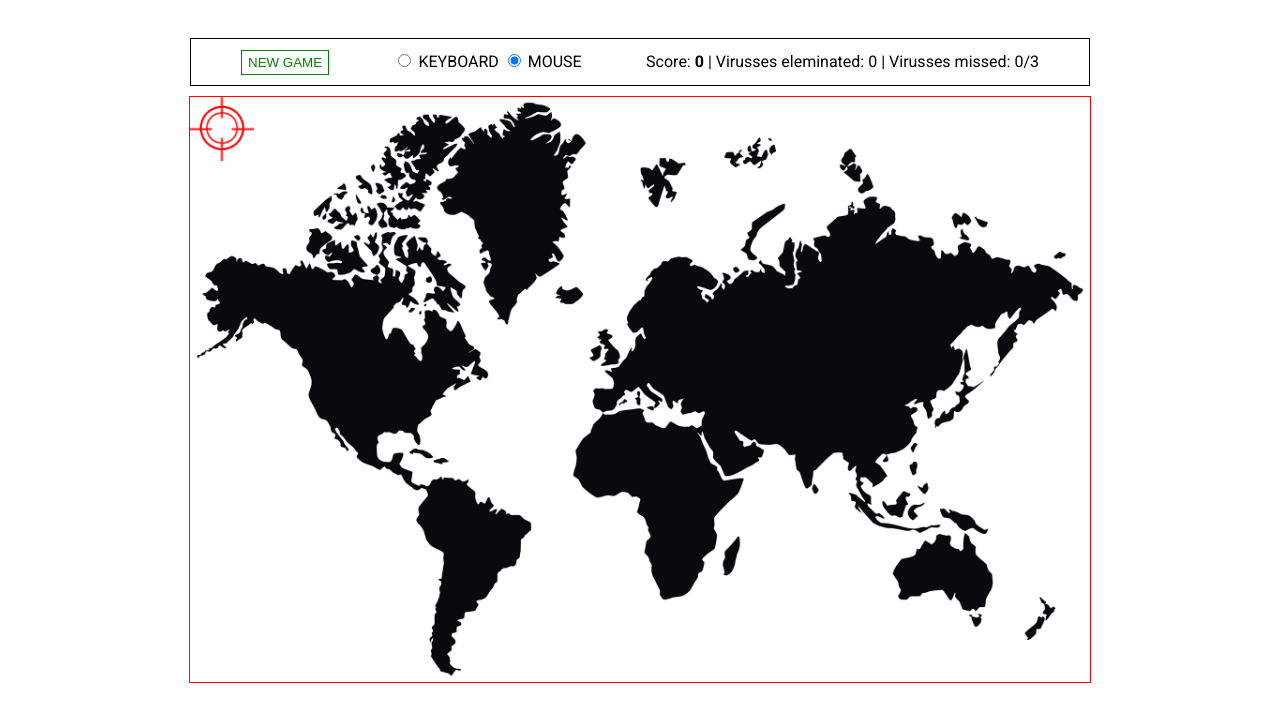
Repository: Baterka/DestroyTheVirus
Page: index.html
These files come from the project's save history. The page is drawn as it stood at one moment and after the next save; the edit follows.
The browser window is 1280 px wide. The pictures show the whole page.

Above is the page before, as saved 2020-03-20 12:46:38.
Console error: TypeError: Cannot read properties of null (reading 'addEventListener')

### index.html
<!DOCTYPE html>
<html lang="en">

<head>
    <meta charset="utf-8">
    <meta http-equiv="X-UA-Compatible" content="IE=edge">
    <title></title>
    <meta name="description" content="">
    <meta name="viewport" content="width=device-width, initial-scale=1">
    <link rel="stylesheet" href="style.css">
</head>

<body onload="game.init()">
    <div class="flex-container">
        <div class="flex-row" id="toolbar">
            <div class="col">
                <button id="button_newGame">NEW GAME</button>
            </div>
            <div class="col">
                <input type="radio" id="radio_keyboard" name="input" value="keyboard" onclick="player.changeInput(this);" />
                <label for="radio_keyboard">KEYBOARD</label>
                <input type="radio" id="radio_mouse" name="input" value="mouse" checked onclick="player.changeInput(this);" />
                <label for="radio_mouse">MOUSE</label>
            </div>
            <div class="col scoreboard">
                Score: <b><span id="score">0</span></b> | Virusses eleminated: <span id="eliminated">0</span> | Virusses missed: <span id="missed">0</span>/3
            </div>
        </div>
        <div class="flex-row" id="canvas" ondragstart="return false;" ondrop="return false;">
            <div id="target"></div>
            <div id="virusses">
            </div>
            <div id="gameOver" class="noselect">
                GAME OVER
            </div>
            <div id="deadZone"></div>
        </div>
    </div>
    <script src="./main.js" async defer></script>
</body>

</html>

### style.css
@import url('https://fonts.googleapis.com/css?family=Roboto:400,700&display=swap');
html,
body,
.flex-container {
    font-family: 'Roboto', sans-serif;
    padding: 0;
    margin: 0;
    width: 100%;
    height: 100%;
}

.flex-container {
    display: flex;
    justify-content: center;
    align-items: center;
    flex-direction: column;
}

#canvas {
    z-index: 0;
    /* cursor: none; */
    position: relative;
    width: calc(20px * 45);
    height: calc(13px * 45);
    border: 1px solid red;
    /* https://cz.pinterest.com/pin/298574650280907774/ */
    background-image: url(./world_map.png);
    background-repeat: no-repeat;
    background-size: 100% 100%;
}

#toolbar {
    margin-bottom: 10px;
    width: calc(20px * 45);
    padding: 10px 50px;
    box-sizing: border-box;
    border: 1px solid black;
    display: flex;
    justify-content: space-between;
    align-items: center;
    flex-direction: row;
}

.col {
    display: inline-block;
    vertical-align: middle;
    line-height: 25px;
}

button {
    height: 25px;
    border: 1px solid black;
    background-color: transparent;
    color: black;
}

#button_newGame:disabled {
    height: 25px;
    border: 1px solid gray;
    background-color: transparent;
    color: gray;
}

#button_newGame {
    color: green;
    border: 1px solid green;
}

#target {
    z-index: -1;
    pointer-events: none;
    position: absolute;
    display: none;
    top: 0;
    left: 0;
    width: 64px;
    height: 64px;
    /* https://www.stickpng.com/img/miscellaneous/symbols/red-target */
    background-image: url(./target.png);
    background-repeat: no-repeat;
    background-size: 100% 100%;
}

.virus {
    z-index: -2;
    position: absolute;
    top: 0;
    left: 0;
    width: 46px;
    height: 75px;
    background-image: url(./corona.png);
    background-repeat: no-repeat;
    background-size: 100% 100%;
}

.virus .clickable {
    width: 46px;
    height: 46px;
    border-radius: 46px;
}

#deadZone {
    z-index: 0;
    display: none;
    position: absolute;
    top: 0;
    left: 0;
    right: 100%;
    bottom: 0;
    background-color: rgba(255, 0, 0, 0.5);
    border-right: 1px solid red;
}

#gameOver {
    z-index: 0;
    display: none;
    height: 100%;
    align-items: center;
    justify-content: center;
    background-color: rgba(0, 0, 0, .9);
    color: red;
    font-weight: bold;
    font-size: 50px;
}


/* https://stackoverflow.com/questions/826782/how-to-disable-text-selection-highlighting */

.noselect {
    -webkit-touch-callout: none;
    -webkit-user-select: none;
    -khtml-user-select: none;
    -moz-user-select: none;
    -ms-user-select: none;
    user-select: none;
}

### main.js
const randomNumber = (min, max) => {
    return Math.floor((Math.random() * (max - min + 1)) + min);
}

class Audio {

    globalVolume = 0.25;

    _sources = {
        // https://freesound.org/people/InspectorJ/sounds/484344/
        success: "./success.wav",
        // https://freesound.org/people/LorenzoTheGreat/sounds/417794/
        fail: "./fail.wav"
    }

    tracks = {};

    constructor() {
        for (let key in this._sources) {
            this.tracks[key] = document.createElement("audio");
            this.tracks[key].volume = this.globalVolume;
            this.tracks[key].src = this._sources[key];
            console.log(`[AUDIO] Source '${key}' loaded.`);
        }
    }

    play(track) {
        if (!track)
            console.error(`[AUDIO] Source '${name}' does not exist.`);
        track.currentTime = 0;
        track.play();
    }
}

class Game {
    // Will be loaded after DOM will be rendered
    World = null;
    Player = null;
    Virus = null;

    // Audio
    _Audio = new Audio();

    // Ticks per second (frames-per-second)
    tps = 60;

    // ENUM: RUNNING, GAMEOVER
    gameState = "GAMEOVER"

    constructor() {}

    /**
     * Called after DOM rendered
     */
    init() {
        this.World = new World(this);
        this.Player = new Player(this, document.querySelector('input[name="input"]:checked'));
        this.Virus = new Virus(this);

        // Game tick
        setInterval(() => this._tick(), 1000 / this.tps);
    }

    /**
     * Game tick
     * Originally designed for whole game, but now
     * only keyboard handler is inside tick
     */
    _tick() {
        this.Player.keyboardTick();
    }

    addScore() {
        this._Audio.play(this._Audio.tracks.success);
        this.Player.setScore(1);
    }

    deleteScore() {
        this._Audio.play(this._Audio.tracks.fail);
        this.Player.setScore(-1);

        this.World.inceraseDeadZone();
    }

    gameOver() {
        console.log("GAME OVER");
        this.gameState = "GAMEOVER";
        this.World.toggleGameOver(true);
        this.Virus.toggleSpawning(false);
        this.Player.toggleNewGameButton(true);
        this.Player.toggleResetGameButton(false);
    }

    newGame() {
        console.log("NEW GAME");
        this.gameState = "RUNNING";
        this.World.toggleGameOver(false);
        this.World.resetDeadZone();
        this.Player.resetScore();
        this.Virus.toggleSpawning(true);
        this.Player.toggleNewGameButton(false);
        this.Player.toggleStopGameButton(true);
        this.Player.toggleResetGameButton(true);
    }

    gameOver() {
        console.log("GAME OVER");
        this.gameState = "GAMEOVER";
        if (this.Player.score > localStorage.getItem('highScore'))
            localStorage.setItem('highScore', this.Player.score);
        this.World.toggleGameOver(true);
        this.Virus.toggleSpawning(false);
        this.Player.toggleNewGameButton(true);
        this.Player.toggleStopGameButton(false);
        this.Player.toggleResetGameButton(false);
    }

    resetGame() {
        console.log("RESTART GAME");
        this.Virus.toggleSpawning(false);
        this.World.resetDeadZone();
        this.Player.resetScore();
        this.Virus.toggleSpawning(true);
    }
}

/**
 * Input and score handler
 */
class Player {
    _scoreElem = document.getElementById('score');
    _eliminatedElem = document.getElementById('eliminated');
    _missedElem = document.getElementById('missed');
    _buttonNewGameElem = document.getElementById('button_newGame');
    _buttonResetGameElem = document.getElementById('button_resetGame');
    _buttonStopGameElem = document.getElementById('button_stopGame');

    // _debugDotElem = document.getElementById('debugDot');

    keyboardSpeed = 10;

    cursorPosition = {
        x: 0,
        y: 0
    }

    score = 0;
    eliminated = 0;
    missed = 0;

    maxMissed = 3;

    _pressedKeys = {};

    constructor(game, radioElem) {
        // Reference to Game controller
        this._Game = game;

        this.changeInput(radioElem);

        // Start listening to input events
        this._listenToEvents();
    }

    toggleNewGameButton(visible) {
        this._buttonNewGameElem.disabled = !visible;
    }

    toggleResetGameButton(visible) {
        this._buttonResetGameElem.disabled = !visible;
    }

    toggleStopGameButton(visible) {
        this._buttonStopGameElem.disabled = !visible;
    }

    setVirus(virus) {
        this._Virus = virus;
    }

    changeInput(radioElem) {
        if (radioElem.value !== this.radio_input) {
            this.radio_input = radioElem.value;
            console.log("Input type changed to:", this.radio_input);
        }
    }

    resetScore() {
        this.score = 0;
        this.eliminated = 0;
        this.missed = 0;

        this._scoreElem.innerHTML = this.score;
        this._eliminatedElem.innerHTML = this.eliminated;
        this._missedElem.innerHTML = this.missed;
    }

    setScore(add) {
        this.score += add;
        if (add > 0)
            this.eliminated++;
        if (add < 0)
            this.missed++;

        this._scoreElem.innerHTML = this.score;
        this._eliminatedElem.innerHTML = this.eliminated;
        this._missedElem.innerHTML = this.missed;
    }

    _listenToEvents() {

        this._buttonNewGameElem.addEventListener("click", e => {
            if (this._Game.gameState === "GAMEOVER")
                this._Game.newGame();
        });

        this._buttonResetGameElem.addEventListener("click", e => {
            if (this._Game.gameState === "RUNNING")
                this._Game.resetGame();
        });

        this._buttonStopGameElem.addEventListener("click", e => {
            if (this._Game.gameState === "RUNNING")
                this._Game.gameOver();
        });

        /**
         * Why not just listen on 'this._Game.World.canvas'?
         * Answer: Because I like sliding around corners!
         */
        document.addEventListener("mousemove", e => {
            if (this.radio_input !== 'mouse')
                return;

            this._Game.World.moveTarget(e.clientX, e.clientY);
            this.cursorPosition = { x: e.clientX, y: e.clientY }
        });

        this._Game.World.canvas.addEventListener("click", e => {
            const parent = e.target.parentElement;
            if (parent.className == 'virus') {
                console.log("Clicked on virus ID:", parent.id);
                this._Game.Virus.onClick(parent.id);
            }
        });

        document.addEventListener("keydown", e => {
            if (this.radio_input !== 'keyboard')
                return;
            this._pressedKeys[event.key] = true;

            if (event.keyCode === 32)
                document.elementFromPoint(this.cursorPosition.x, this.cursorPosition.y).click();
        });

        document.addEventListener("keyup", e => {
            delete this._pressedKeys[event.key];
        });
    }

    keyboardTick() {
        if (!Object.keys(this._pressedKeys).length)
            return;

        if (this._pressedKeys["w"] && this.cursorPosition.y > this._Game.World.canvasBoundary.minY + this._Game.World.targetDimension.height / 2)
            this.cursorPosition.y -= this.keyboardSpeed;
        if (this._pressedKeys["s"] && this.cursorPosition.y < this._Game.World.canvasBoundary.maxY - this._Game.World.targetDimension.height / 2)
            this.cursorPosition.y += this.keyboardSpeed;
        if (this._pressedKeys["a"] && this.cursorPosition.x > this._Game.World.canvasBoundary.minX + this._Game.World.targetDimension.width / 2)
            this.cursorPosition.x -= this.keyboardSpeed;
        if (this._pressedKeys["d"] && this.cursorPosition.x < this._Game.World.canvasBoundary.maxX - this._Game.World.targetDimension.width / 2)
            this.cursorPosition.x += this.keyboardSpeed;

        this._Game.World.moveTarget(this.cursorPosition.x, this.cursorPosition.y);
    }
}

class Virus {
    _parentElem = document.getElementById('virusses');
    _virusElem = document.createElement("div");

    _currentId = 0;
    _list = {};

    _spawningEnabled = false;

    _spawnRate = 2000;
    hideSpeed = 1000;

    _spawnerTimer = null;

    constructor(game) {
        // Reference to Game controller
        this._Game = game;

        this._virusElem.className = "virus";
        const clickableElem = document.createElement("div");
        clickableElem.className = "clickable";
        clickableElem.onClick = e => {
            console.log(e);
        }
        this._virusElem.appendChild(clickableElem);

        if (this._spawningEnabled)
            this._spawner();
    }

    _spawner() {
        this._spawnRate -= 10;
        this._spawnerTimer = setTimeout(() => {
            const x = randomNumber(this._Game.World.canvasBoundary.minX, this._Game.World.canvasBoundary.maxX - 48);
            const y = randomNumber(this._Game.World.canvasBoundary.minY, this._Game.World.canvasBoundary.maxY - 76);
            this.spawn(x, y);
            this._spawner();
        }, this._spawnRate);
    }

    toggleSpawning(enable) {
        this._spawningEnabled = enable;
        console.log("Virus spawning:", enable ? "enabled" : "disabled");
        if (this._spawningEnabled)
            this._spawner();
        else {
            for (let key in this._list) {
                this._list[key].remove();
                delete this._list[key];
            }
            clearTimeout(this._spawnerTimer);
        }
    }

    spawn(x, y) {
        const virusElem = this._virusElem.cloneNode(true);
        virusElem.style.left = x + "px";
        virusElem.style.top = y + "px";
        virusElem.id = this._currentId++;
        this._list[virusElem.id] = virusElem;
        this._parentElem.appendChild(virusElem);
        this._autoHide(virusElem.id);
    }

    _autoHide(id) {
        setTimeout(() => {
            const elem = this._list[id];
            if (!elem)
                return;
            this._Game.deleteScore();
            elem.remove();
            delete this._list[id];
        }, this.hideSpeed);
    }

    /**
     * Handling clicks on viruses
     */
    onClick(id) {
        if (!this._spawningEnabled)
            return;
        const elem = this._list[id];
        if (!elem)
            return;
        elem.remove();
        this._Game.addScore();
        delete this._list[id];
    }
}

class World {
    canvas = document.getElementById('canvas');

    _target = document.getElementById('target');

    _canvasOffset = {
        x: 0,
        y: 0
    }

    // DeadZone
    _deadZoneElem = document.getElementById("deadZone");
    deadZoneWidth = 870;

    // GameOver
    _gameOverElem = document.getElementById("gameOver");
    _highScoreElem = document.getElementById("highScore");
    _newRecordElem = document.getElementById("newRecord");

    constructor() {
        // Reference to Game controller
        this._Game = game;

        this._target.style.display = "block";
        this._targetRect = this._target.getBoundingClientRect();
        this.targetDimension = {
            width: this._targetRect.width,
            height: this._targetRect.height
        }

        window.addEventListener("resize", () => {
            this._debounceResize(this._onWindowResize.bind(this))
        });

        this._onWindowResize();

        this._canvasRect = this.canvas.getBoundingClientRect();
        this.canvasBoundary = {
            minX: this._canvasOffset.x,
            minY: this._canvasOffset.y,
            maxX: this._canvasRect.width + this._canvasOffset.x,
            maxY: this._canvasRect.height + this._canvasOffset.y
        }
    }

    moveTarget(x, y) {
        // Compensate canvas offset and target size
        x -= this._canvasOffset.x + this.targetDimension.width / 2;
        y -= this._canvasOffset.y + this.targetDimension.height / 2;

        // Block escaping from canvas
        x = (x > 0 ? (x < this._canvasRect.width - this.targetDimension.width ? x : this._canvasRect.width - this.targetDimension.width) : 0)
        y = (y > 0 ? (y < this._canvasRect.height - this.targetDimension.height ? y : this._canvasRect.height - this.targetDimension.height) : 0)

        this._target.style.left = x + "px";
        this._target.style.top = y + "px";
    }

    resetDeadZone() {
        this.deadZoneWidth = 0;
        this._setDeadZone();
    }

    inceraseDeadZone(count = 10) {

        if (this.deadZoneWidth + count >= this._canvasRect.width) {
            this.deadZoneWidth = this._canvasRect.width + 1;
            this._Game.gameOver();
        } else
            this.deadZoneWidth += count
        this._setDeadZone();
    }

    _setDeadZone() {
        this._deadZoneElem.style.right = (this._canvasRect.width - this.deadZoneWidth) + "px";
        this._deadZoneElem.style.display = this.deadZoneWidth > 0 ? "block" : "none";

    }

    toggleGameOver(visible) {
        const highScore = localStorage.getItem('highScore');
        this._highScoreElem.innerHTML = highScore;
        this._gameOverElem.style.display = !visible ? "none" : "flex";
        this._newRecordElem.style.display = highScore > this._Game.Player.score ? "none" : "block";
    }

    /**
     * Called on window resize (if not resized for more than 50ms to avoid lag)
     */
    _onWindowResize() {
        this._canvasOffset = {
            x: this.canvas.offsetLeft,
            y: this.canvas.offsetTop
        }
        console.log("Window resized! New canvas offset:", this._canvasOffset);
    }

    /**
     * Used to prevent lag on window resize event.
     * https://stackoverflow.com/questions/45905160/javascript-on-window-resize-end
     */
    _debounceResize(endFunc) {
        let timer;
        return event => {
            if (timer) clearTimeout(timer);
            timer = setTimeout(endFunc, 50, event);
        };
    }
}

const game = new Game();

After the next save:
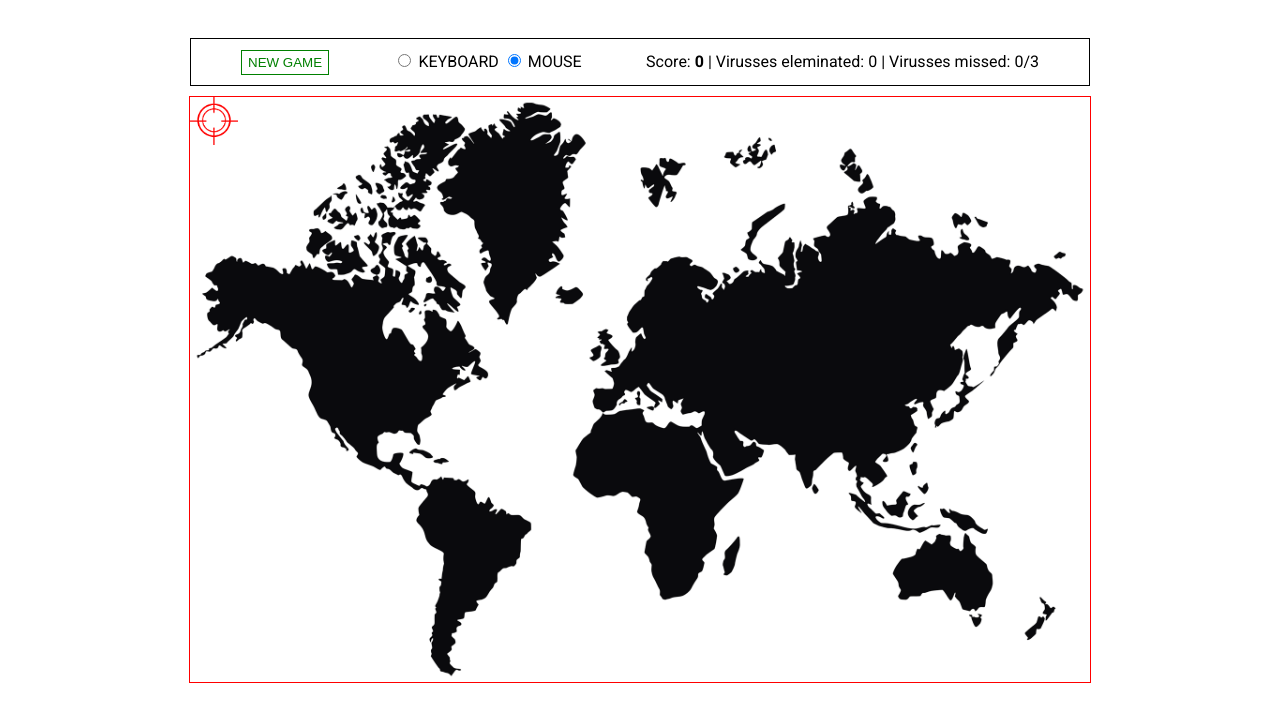
Saved 79 s later.
--- a/style.css
+++ b/style.css
@@ -7,6 +7,10 @@ body,
     margin: 0;
     width: 100%;
     height: 100%;
+}
+
+h1 {
+    margin-top: 10px;
 }
 
 .flex-container {
@@ -49,21 +53,16 @@ body,
 
 button {
     height: 25px;
-    border: 1px solid black;
     background-color: transparent;
-    color: black;
+    color: green;
+    border: 1px solid green;
 }
 
-#button_newGame:disabled {
-    height: 25px;
+button:disabled {
     border: 1px solid gray;
-    background-color: transparent;
+    background-color: lightgray;
     color: gray;
-}
-
-#button_newGame {
-    color: green;
-    border: 1px solid green;
+    display: none;
 }
 
 #target {
@@ -73,8 +72,8 @@ button {
     display: none;
     top: 0;
     left: 0;
-    width: 64px;
-    height: 64px;
+    width: 48px;
+    height: 48px;
     /* https://www.stickpng.com/img/miscellaneous/symbols/red-target */
     background-image: url(./target.png);
     background-repeat: no-repeat;
@@ -100,13 +99,14 @@ button {
 }
 
 #deadZone {
-    z-index: 0;
+    z-index: -3;
     display: none;
     position: absolute;
     top: 0;
     left: 0;
     right: 100%;
-    bottom: 0;
+    bottom: -1px;
+    /* Fix to weird part-pixel bug */
     background-color: rgba(255, 0, 0, 0.5);
     border-right: 1px solid red;
 }
@@ -117,10 +117,19 @@ button {
     height: 100%;
     align-items: center;
     justify-content: center;
+    flex-direction: column;
     background-color: rgba(0, 0, 0, .9);
+    color: white;
+}
+
+#gameOver .title {
     color: red;
     font-weight: bold;
     font-size: 50px;
+}
+
+#gameOver .newRecord {
+    display: none;
 }
 
 
@@ -134,3 +143,25 @@ button {
     -ms-user-select: none;
     user-select: none;
 }
+
+
+/* https://rainbowcoding.com/2011/12/02/how-to-create-rainbow-text-in-html-css-javascript/ */
+
+.rainbow {
+    background-image: -webkit-gradient( linear, left top, right top, color-stop(0, #f22), color-stop(0.15, #f2f), color-stop(0.3, #22f), color-stop(0.45, #2ff), color-stop(0.6, #2f2), color-stop(0.75, #2f2), color-stop(0.9, #ff2), color-stop(1, #f22));
+    background-image: gradient( linear, left top, right top, color-stop(0, #f22), color-stop(0.15, #f2f), color-stop(0.3, #22f), color-stop(0.45, #2ff), color-stop(0.6, #2f2), color-stop(0.75, #2f2), color-stop(0.9, #ff2), color-stop(1, #f22));
+    color: transparent;
+    -webkit-background-clip: text;
+    background-clip: text;
+}
+
+#debugDot {
+    z-index: 100;
+    position: absolute;
+    width: 5px;
+    height: 5px;
+    top: 0;
+    left: 0;
+    background-color: green;
+    border-radius: 5px;
+}
